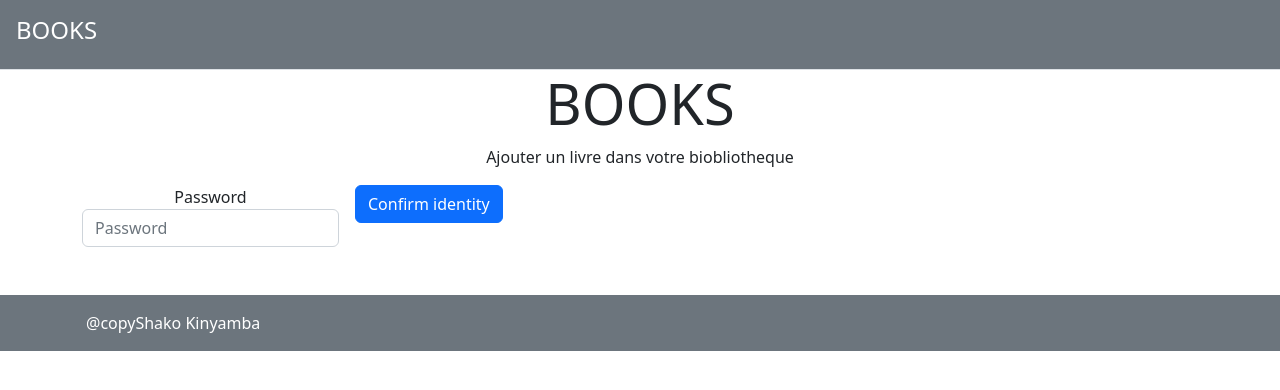
Repository: SKB-TECH/Books
Page: /
An editor plug-in stored every save of this project. The page is shown before and after a run of saves, followed by the edit.
The browser window is 1280 px wide. The pictures show the whole page.
The project was rebuilt for these pictures with package versions that can differ from the ones it lists, and the page was loaded fresh each time. Also part of the build but not shown: vite.config.js.

Above is the page before, as saved 2022-11-09 15:55:10.

After the next 2 saves:
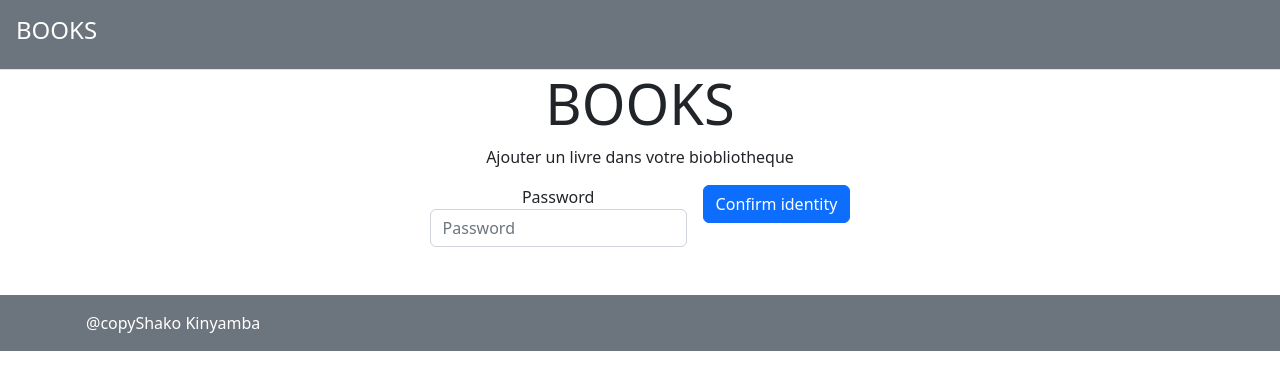
The 2 saves are shown as one change because they came seconds apart.
The last was saved 15 s later.
--- a/src/Containers/AddBooks.jsx
+++ b/src/Containers/AddBooks.jsx
@@ -11,8 +11,8 @@ const AddBooks = () => {
                     <p>
                         Ajouter un livre dans votre biobliotheque
                     </p>
-                    <div className='form-inline justify-content-center'>
-                        <form className="row g-3">
+                    <div className=''>
+                        <form className="form-inline justify-content-center row g-3">
                             <div className="col-auto">
                                 <label for="inputPassword2" classNmae="visually-hidden">Password</label>
                                 <input type="password" className="form-control" id="inputPassword2" placeholder="Password" />
